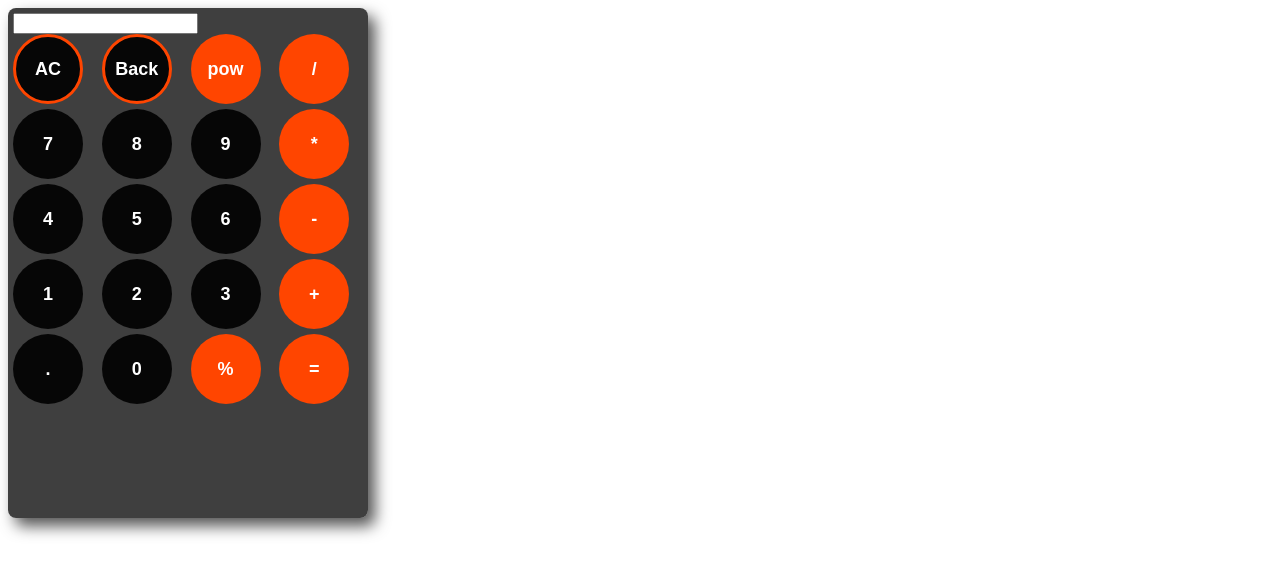
Repository: SakthivelDurai47/calculator
Page: index.html
These files come from the project's save history. The page is drawn as it stood at one moment and after the next save; the edit follows.
The browser window is 1280 px wide. The pictures show the whole page.

Above is the page before, as saved 2025-04-13 15:15:23.

After the next save:
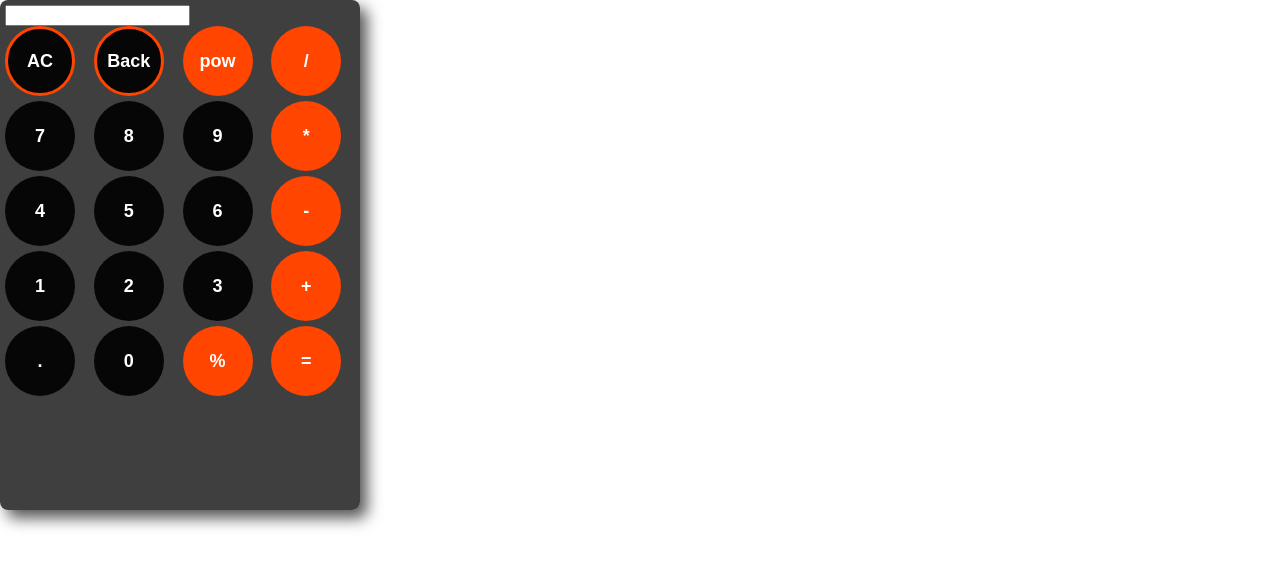
Saved 23 s later.
--- a/styles.css
+++ b/styles.css
@@ -1,3 +1,6 @@
+body {
+  margin: 0;
+}
 #buttons {
   display: grid;
   grid-template-columns: repeat(4, 1fr);
